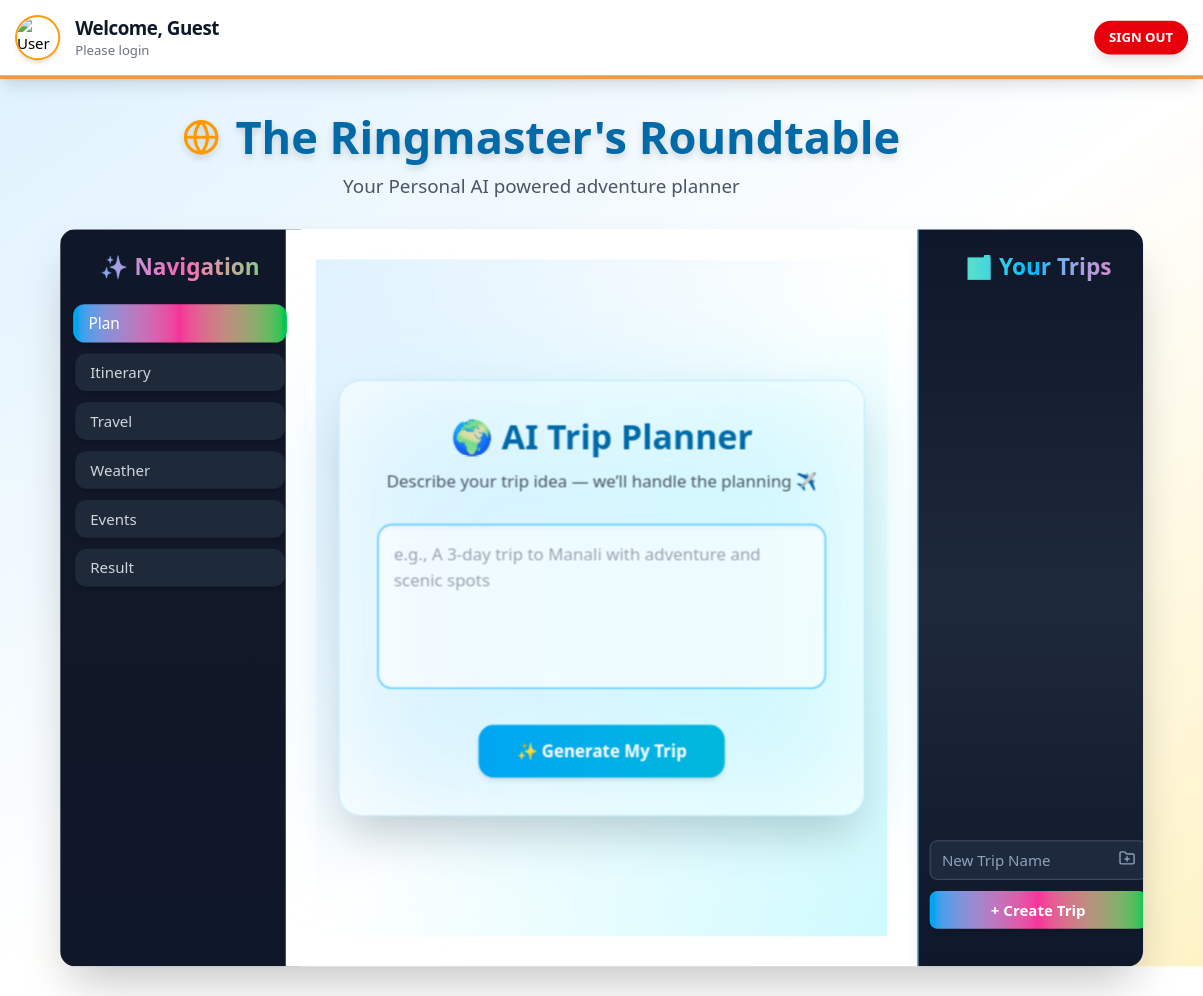
Repository: vega2006/The-Ringmaster-s-Roundtable
Page: /prompt (app in client/)
These files come from the project's save history. The page is drawn as it stood at one moment and after the next save; the edit follows.
The browser window is 1280 px wide. The pictures show the whole page, at 94% of full size.
The page's requests for data from a server got no answer. The project was rebuilt for these pictures with package versions that can differ from the ones it lists, and the page was loaded fresh each time. No one was signed in, and anything a server would have sent is missing. Also part of the build but not shown: client/vite.config.js, client/src/components/GoogleLogin.jsx, client/src/components/NotFound.jsx, client/src/components/Sidebar.jsx, client/src/components/PlanInput.jsx, client/src/components/WeatherContent.jsx, client/src/components/TravelContent.jsx, client/src/components/ItineraryContent.jsx and 8 more.

Above is the page before, as saved 2025-10-10 19:27:47.

After the next save:
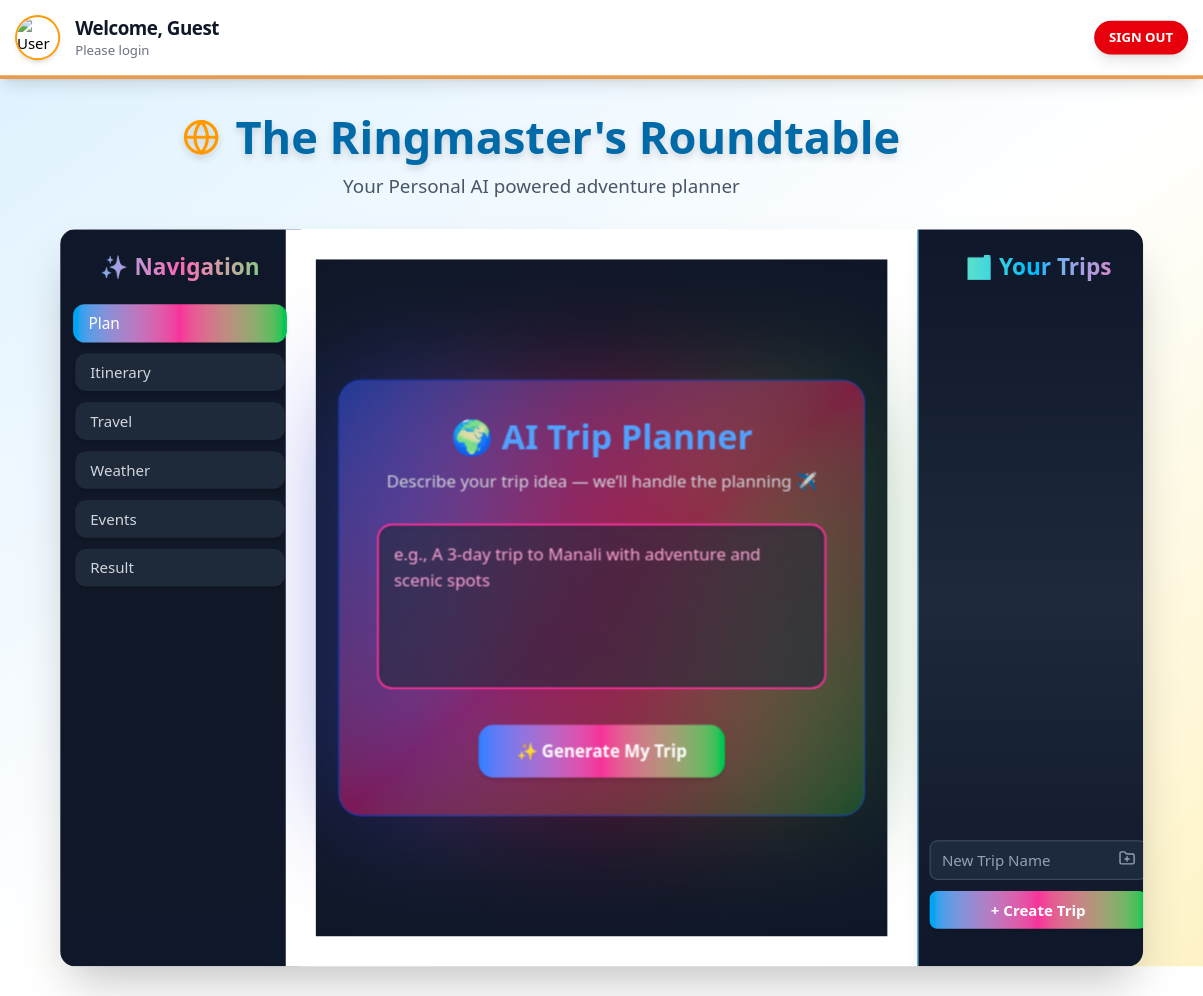
Saved 3 min 51 s later.
--- a/client/src/components/PlanByPrompt.jsx
+++ b/client/src/components/PlanByPrompt.jsx
@@ -64,18 +64,18 @@ export default function PlanByPrompt() {
   };
 
   return (
-    <div className="min-h-screen flex items-center justify-center bg-gradient-to-br from-sky-100 via-white to-cyan-100 p-6">
+    <div className="min-h-screen flex items-center justify-center bg-gray-900 p-6">
       <motion.div
         initial={{ opacity: 0, y: 40 }}
         animate={{ opacity: 1, y: 0 }}
         transition={{ duration: 0.6, ease: "easeOut" }}
-        className="relative w-full max-w-3xl rounded-3xl shadow-2xl bg-white/80 backdrop-blur-md border border-sky-200 p-10"
+        className="relative w-full max-w-3xl rounded-3xl shadow-2xl bg-gradient-to-br from-blue-900 via-pink-900 to-green-900/80 border border-blue-700 p-10 backdrop-blur-md"
       >
         {/* Header */}
-        <h1 className="text-4xl font-extrabold text-sky-700 text-center mb-3">
+        <h1 className="text-4xl font-extrabold text-center mb-3 text-blue-400">
           🌍 AI Trip Planner
         </h1>
-        <p className="text-gray-600 text-center mb-8 text-lg">
+        <p className="text-gray-300 text-center mb-8 text-lg">
           Describe your trip idea — we’ll handle the planning ✈️
         </p>
 
@@ -86,7 +86,7 @@ export default function PlanByPrompt() {
           value={prompt}
           onChange={(e) => setPrompt(e.target.value)}
           rows="5"
-          className="w-full p-4 rounded-2xl border-2 border-sky-300 shadow-inner focus:ring-2 focus:ring-sky-500 outline-none text-lg resize-none bg-white/60 transition-all duration-200 placeholder-gray-400"
+          className="w-full p-4 rounded-2xl border-2 border-pink-500 shadow-inner focus:ring-2 focus:ring-green-400 outline-none text-lg resize-none bg-gray-800/60 text-white placeholder-pink-300 transition-all duration-200"
         />
 
         {/* Generate Button */}
@@ -96,11 +96,11 @@ export default function PlanByPrompt() {
             whileTap={{ scale: 0.97 }}
             onClick={generate}
             disabled={isLoading}
-            className={`px-10 py-3.5 text-lg font-semibold text-white rounded-2xl shadow-md transition-all duration-300
+            className={`px-10 py-3.5 text-lg font-semibold rounded-2xl shadow-md transition-all duration-300
               ${
                 isLoading
-                  ? "bg-sky-400 cursor-not-allowed"
-                  : "bg-gradient-to-r from-sky-500 to-cyan-500 hover:shadow-sky-300 hover:shadow-lg"
+                  ? "bg-green-600 cursor-not-allowed text-gray-200"
+                  : "bg-gradient-to-r from-blue-500 via-pink-500 to-green-500 text-white hover:shadow-lg"
               }`}
           >
             {isLoading ? "Planning your adventure..." : "✨ Generate My Trip"}
@@ -108,7 +108,7 @@ export default function PlanByPrompt() {
         </div>
 
         {/* Decorative Glow */}
-        <div className="absolute -z-10 inset-0 rounded-3xl blur-3xl opacity-50 bg-gradient-to-r from-sky-200 to-cyan-200"></div>
+        <div className="absolute -z-10 inset-0 rounded-3xl blur-3xl opacity-50 bg-gradient-to-r from-blue-700 via-pink-700 to-green-700"></div>
       </motion.div>
     </div>
   );
